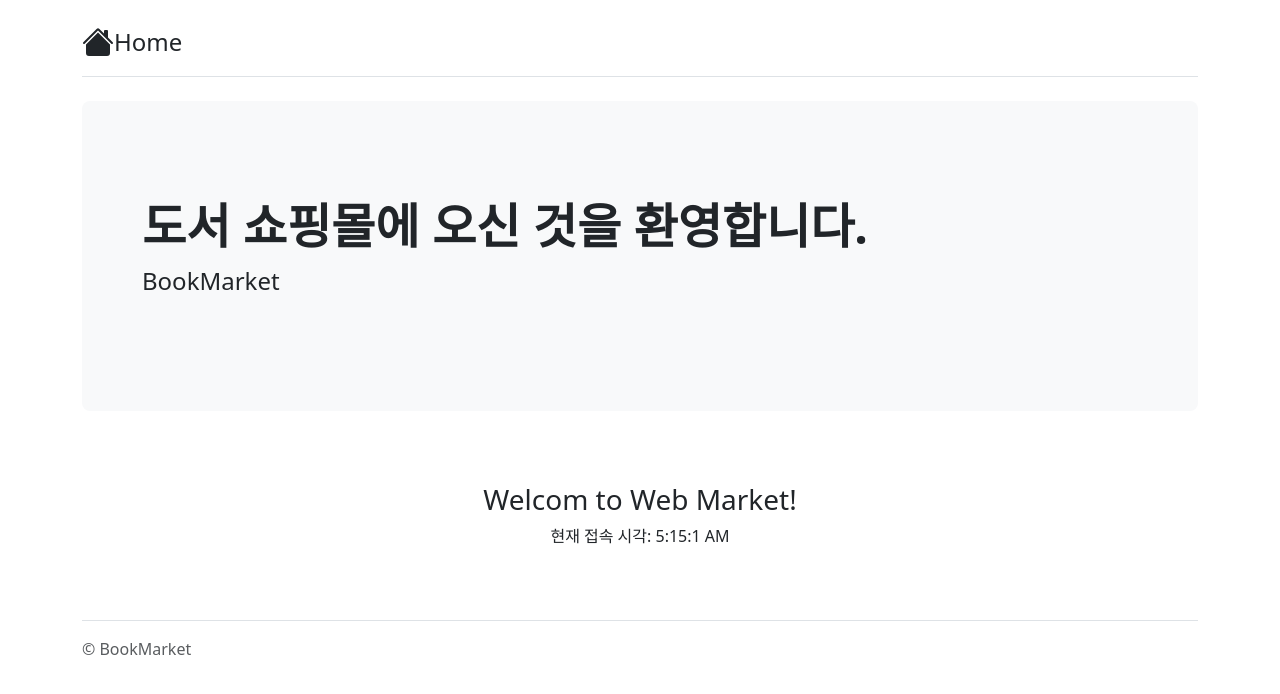
Repository: SJM7301/KH-JSP
Page: http://localhost/JSPBook/welcome.jsp
An editor plug-in stored every save of this project. The page is shown before and after the next save, followed by the edit.
The browser window is 1280 px wide. The pictures show the whole page.
The page is served by Tomcat 10. Nobody is signed in. The application's start-up code is not run.

Above is the page before, as saved 2025-02-03 02:14:03.

After the next save:
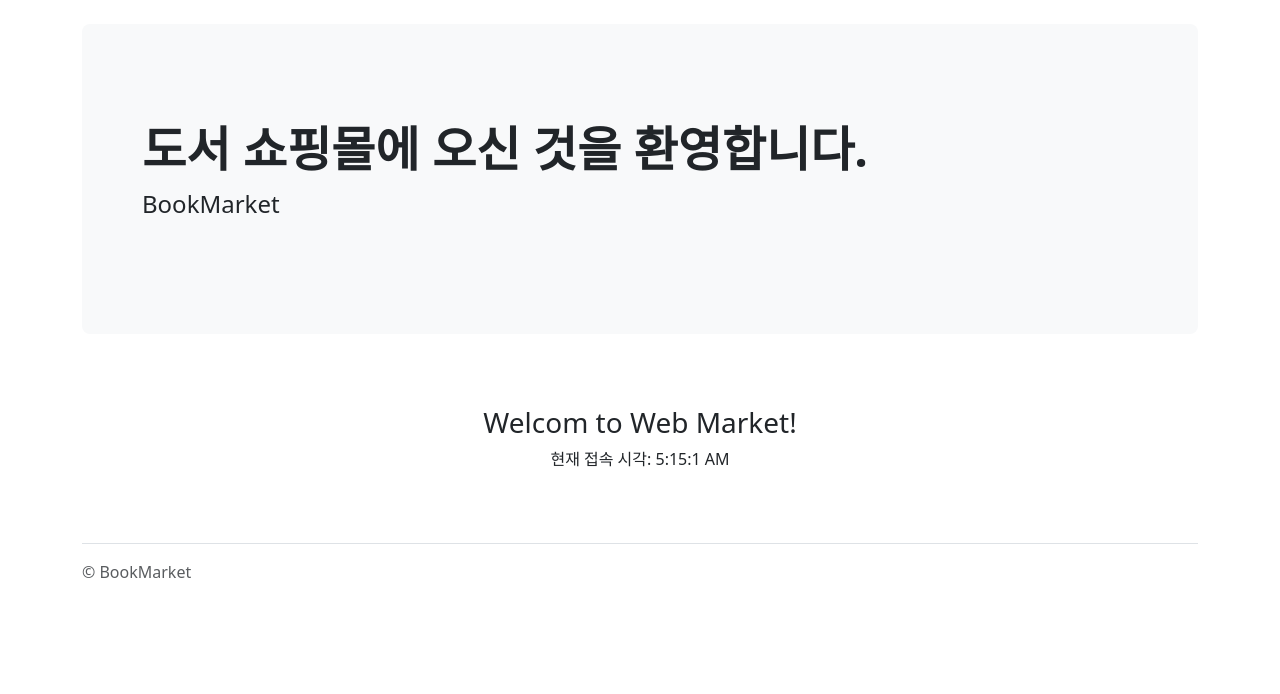
Saved 12 s later.
--- a/JSPBook/src/main/webapp/welcome.jsp
+++ b/JSPBook/src/main/webapp/welcome.jsp
@@ -11,16 +11,6 @@
 </head>
 <body>
 	<div class="container py-4">
-		<header class="pb-3 mb-4 border-bottom">
-			<a href="./welcom.jsp" class="d-flex align-items-center text-dark text-decoration-none">
-			<svg width="32" height="32" fill="currentColor" class="bi bi-house-fill" viewBox="0 0 16 16">
-				<path d="M8.707 1.5a1 1 0 0 0-1.414 0L.646 8.146a.5.5 0 0 0 .708.708L8 2.207l6.646 6.647a.5.5 0 0 0 .708-.708L13 5.793V2.5a.5.5 0 0 0-.5-.5h-1a.5.5 0 0 0-.5.5v1.293L8.707 1.5Z"/>
-				<path d="m8 3.293 6 6V13.5a1.5 1.5 0 0 1-1.5 1.5h-9A1.5 1.5 0 0 1 2 13.5V9.293l6-6Z"/>
-			</svg>
-				<span class="fs-4">Home</span>
-			</a>
-		</header>
-
 		<%!
 			String greeting = "도서 쇼핑몰에 오신 것을 환영합니다.";
 			String tagline = "Welcom to Web Market!";

After the save that followed:
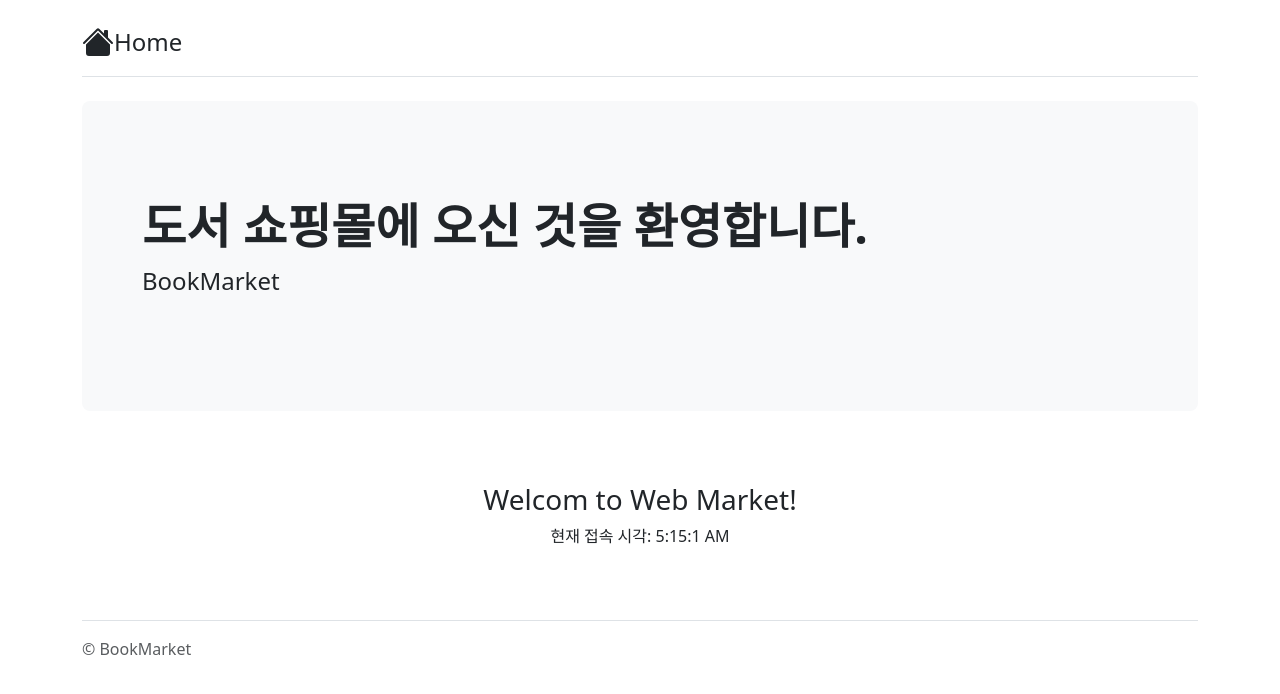
Saved 25 s later.
--- a/JSPBook/src/main/webapp/welcome.jsp
+++ b/JSPBook/src/main/webapp/welcome.jsp
@@ -11,6 +11,7 @@
 </head>
 <body>
 	<div class="container py-4">
+		<%@ include file="menu.jsp" %>
 		<%!
 			String greeting = "도서 쇼핑몰에 오신 것을 환영합니다.";
 			String tagline = "Welcom to Web Market!";
